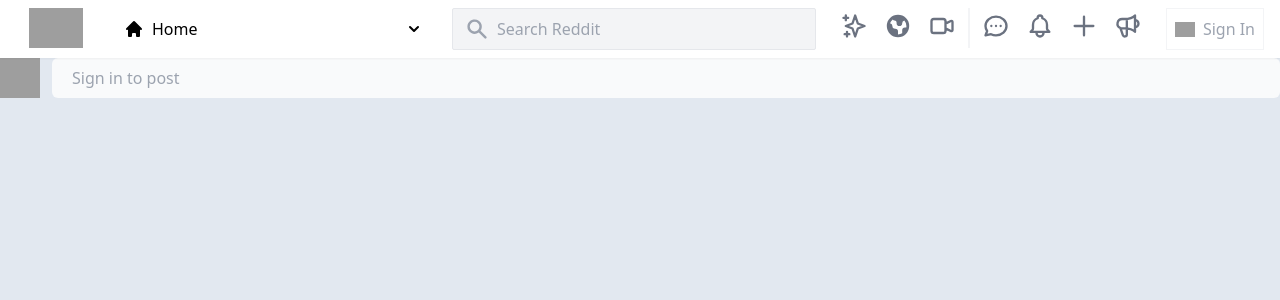
Repository: Scripter-Automation/reditclone
Page: /
These files come from the project's save history. The page is drawn as it stood at one moment and after the next save; the edit follows.
The browser window is 1280 px wide. The pictures show the whole page.
Pictures or frames that could not be fetched are drawn as grey boxes. The page's requests for data from a server got no answer. The project was rebuilt for these pictures with package versions that can differ from the ones it lists, and the page was loaded fresh each time. A package was used in the major version that the imports need, not the one package.json lists. The framework's server and built-in components were replaced by stand-ins that run in the browser. No one was signed in, and anything a server would have sent is missing. Also part of the build but not shown: next.config.js.

Above is the page before, as saved 2022-05-27 18:33:12.

### pages/_app.tsx
import '../styles/globals.css'
import type { AppProps } from 'next/app'
import {SessionProvider} from "next-auth/react"
import Header from '../components/Header'
import { ApolloProvider } from '@apollo/client'
import client from "../apollo-client"

function MyApp({ Component, pageProps:{session, ...pageProps} }: AppProps) {
  return (
    <ApolloProvider client={client}>
    <SessionProvider session={session}>
      <div className='h-screen overflow-y-scroll bg-slate-200'>
        <Header></Header>
        <Component {...pageProps} />
      </div>
    </SessionProvider>
    </ApolloProvider>
  )

}

export default MyApp

### pages/index.tsx
import type { NextPage } from 'next'
import Head from 'next/head'
import Image from 'next/image'
import Header from '../components/Header'
import PostBox from '../components/PostBox'

const Home: NextPage = () => {
  return (
    <div className="">
      <Head>
        <title>Reddit 2.0  clone</title>
        <link rel="icon" href="/favicon.ico" />
      </Head>
      <PostBox></PostBox>

    </div>
    )
}

export default Home

### styles/globals.css
@tailwind base;
@tailwind components;
@tailwind utilities;

@layer components{
    .icon{
        @apply h-9 w-6 lg:w-9 cursor-pointer rounded-sm lg:p-1 lg:hover:bg-gray-100
    }
}

### components/Header.tsx
import Image from 'next/image'
import React from 'react'
import { MenuIcon, ChevronDownIcon, HomeIcon, SearchIcon, GlobeIcon} from "@heroicons/react/solid"
import {
    StarIcon,
    BellIcon,
    ChatIcon,
    PlusIcon,
    SparklesIcon,
    SpeakerphoneIcon,
    VideoCameraIcon
} from "@heroicons/react/outline"
import { signIn, signOut, useSession } from 'next-auth/react'
export default function Header() {

    const {data:session} = useSession();

  return (
    <div className='sticky top-0 z-50 flex bg-white px-4 py-2 shadow-sm'>
        <div className='relative h-10 w-20 flex-shrink-0'>
            <Image objectFit='contain' src="https://links.papareact.com/fqy" layout='fill'></Image>
        </div>
        <div className='flex items-center mx-7 xl:min-w-[300px]'>
            <HomeIcon className='h-5 w-5'></HomeIcon>
            <p className='flex-1 ml-2 hidden lg:inline'>Home</p>
            <ChevronDownIcon className='h-5 w-5'></ChevronDownIcon>
        </div>
        <form className='flex flex-1 items-center space-x-2 border border-gray-200 rounded-sm bg-gray-100 px-3 py-1'>
            <SearchIcon className='h-6 w-6 text-gray-400'/>
            <input className='flex-1 bg-transparent outline-none' type="text" placeholder="Search Reddit"></input>
            <button type="submit" hidden></button>
        </form>
        <div className=' text-gray-500 space-x-2 hidden lg:inline-flex mx-5'>
            <SparklesIcon className='icon'></SparklesIcon>
            <GlobeIcon className='icon'></GlobeIcon>
            <VideoCameraIcon className='icon'></VideoCameraIcon>
            <hr className='h-10 border border-gray-100' />
            <ChatIcon className='icon'></ChatIcon>
            <BellIcon className='icon'></BellIcon>
            <PlusIcon className='icon'></PlusIcon>
            <SpeakerphoneIcon className='icon'></SpeakerphoneIcon>
        </div>
        <div className='ml-5 flex items-center lg:hidden'>
            <MenuIcon className='icon'></MenuIcon>
        </div>
        {session ? (
            <div onClick={()=>{signOut()}} className='hidden lg:flex items-center space-x-2 border border-gray-100 p-2 cursor-pointer'>
            <div className='relative h-5 w-5 flex-shrink-0'>
            <Image src="https://links.papareact.com/23l" objectFit='contain' layout='fill' alt="" />
            </div>
            <div className='flex-1 text-xs'>
            <p className='truncate'>{session?.user?.name}</p>
            <p className='text-gray-400'>1 Karma</p>
            </div>
            <ChevronDownIcon className='h-5 flex-shrink-0 text-gray-400'></ChevronDownIcon>
        </div>
        ):(

        <div onClick={()=>{signIn()}} className='hidden lg:flex items-center space-x-2 border border-gray-100 p-2 cursor-pointer'>
            <div className='relative h-5 w-5 flex-shrink-0'>
            <Image src="https://links.papareact.com/23l" objectFit='contain' layout='fill' alt="" />
            </div>
            <p className='text-gray-400'>Sign In</p>
        </div>
        )}
    </div>
  )
}

### apollo-client.js
import { ApolloClient, InMemoryCache } from "@apollo/client";

const client = new ApolloClient({
    uri: "https://seraing.stepzen.net/api/morbid-macaw/__graphql",
    headers:{
        Authorization:`Apikey ${process.env.NEXT_PUBLIC_STEPZEN_KEY}`
    },
    cache: new InMemoryCache(),
});

export default client;

### components/PostBox.tsx
import { useSession } from 'next-auth/react'
import React from 'react'
import Avatar from './Avatar'

export default function PostBox() {
    const {data:session} = useSession()

  return (
    <form>
        <div className='flex items-center space-x-3'>
            <Avatar></Avatar>

            <input
                disabled={!session}
                className= "flex-1 rounded-md bg-gray-50 p-2 pl-5 outilne-none"
                type="text"
                placeholder={session ? 'Createa a post by entering a titile!':'Sign in to post'}
            >
            </input>
        </div>
    </form>
  )
}

### components/Avatar.tsx
import { useSession } from 'next-auth/react'
import React from 'react'
import Image from 'next/image'

type Props = {
    seed?: string
    large?: boolean
}

export default function Avatar({seed, large} : Props) {

    const {data:session} = useSession()

  return (
    <div className={`relative h-10 w-10 rounded-full border-gray-300 bg-white ${large && `h-20 w-20`}`}>
        <Image layout='fill' src={`https://avatars.dicebear.com/api/open-peeps/${seed ||session?.user?.name || "placeholder"}.svg`}></Image>
    </div>
  )
}

Loaded but not shown: tailwind.config.js (common file)

After the next save:
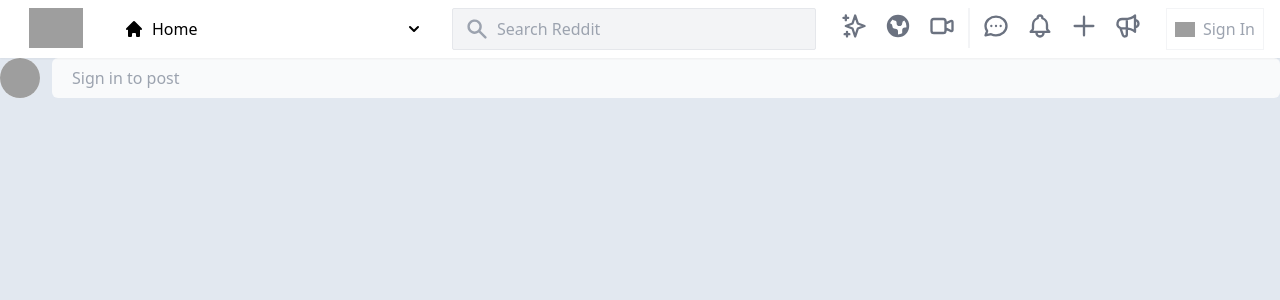
Saved 23 s later.
--- a/components/Avatar.tsx
+++ b/components/Avatar.tsx
@@ -12,7 +12,7 @@
     const {data:session} = useSession()
 
   return (
-    <div className={`relative h-10 w-10 rounded-full border-gray-300 bg-white ${large && `h-20 w-20`}`}>
+    <div className={`overflow-hidden relative h-10 w-10 rounded-full border-gray-300 bg-white ${large && `h-20 w-20`}`}>
         <Image layout='fill' src={`https://avatars.dicebear.com/api/open-peeps/${seed ||session?.user?.name || "placeholder"}.svg`}></Image>
     </div>
   )
